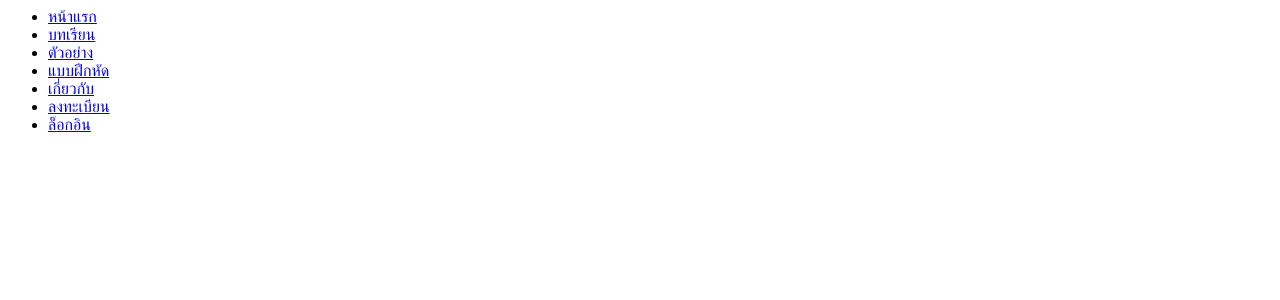
Repository: staggil/thesis
Page: components/header.html
The author's editor kept a copy of each file at every save. The page is drawn from the files as they stood at one save, then again after the next save.
The browser window is 1280 px wide. The pictures show the whole page.

Above is the page before, as saved 2025-12-08 07:48:13.

### components/header.html
<header>
    <nav class="navbar">
        <ul>
            <li><a href="/index.html">หน้าแรก</a></li>
            <li><a href="/lessons/intro.html">บทเรียน</a></li>
            <li><a href="/examples/draw-rect.html">ตัวอย่าง</a></li>
            <li><a href="/exercises/exercise1.html">แบบฝึกหัด</a></li>
            <li><a href="/about/about.html">เกี่ยวกับ</a></li>
            <li><a href="/register.html">ลงทะเบียน</a></li>
            <li><a href="/login.html">ล็อกอิน</a></li>
        </ul>
    </nav>
</header>

After the next save:
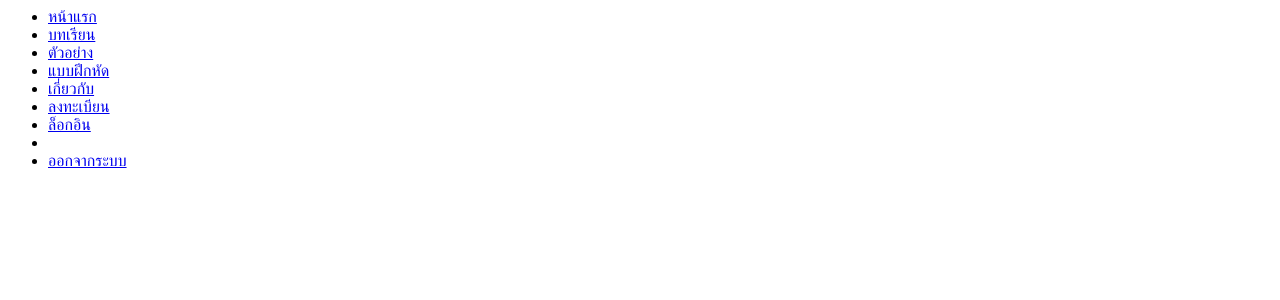
Saved 5 min 59 s later.
--- a/components/header.html
+++ b/components/header.html
@@ -1,13 +1,14 @@
-<header>
-    <nav class="navbar">
-        <ul>
-            <li><a href="/index.html">หน้าแรก</a></li>
-            <li><a href="/lessons/intro.html">บทเรียน</a></li>
-            <li><a href="/examples/draw-rect.html">ตัวอย่าง</a></li>
-            <li><a href="/exercises/exercise1.html">แบบฝึกหัด</a></li>
-            <li><a href="/about/about.html">เกี่ยวกับ</a></li>
-            <li><a href="/register.html">ลงทะเบียน</a></li>
-            <li><a href="/login.html">ล็อกอิน</a></li>
-        </ul>
-    </nav>
-</header>
+<ul id="nav-items">
+  <li><a href="/index.html">หน้าแรก</a></li>
+  <li><a href="/lessons/intro.html">บทเรียน</a></li>
+  <li><a href="/examples/draw-rect.html">ตัวอย่าง</a></li>
+  <li><a href="/exercises/exercise1.html">แบบฝึกหัด</a></li>
+  <li><a href="/about/about.html">เกี่ยวกับ</a></li>
+  <!-- ส่วนนี้ปรับตาม login -->
+  <!-- ถ้าไม่ได้ login -->
+  <li class="login-only"><a href="/register.html">ลงทะเบียน</a></li>
+  <li class="login-only"><a href="/login.html">ล็อกอิน</a></li>
+  <!-- ถ้า login แล้ว -->
+  <li class="user-only"><span id="username-display"></span></li>
+  <li class="user-only"><a href="#" id="logout-link">ออกจากระบบ</a></li>
+</ul>

After the save that followed:
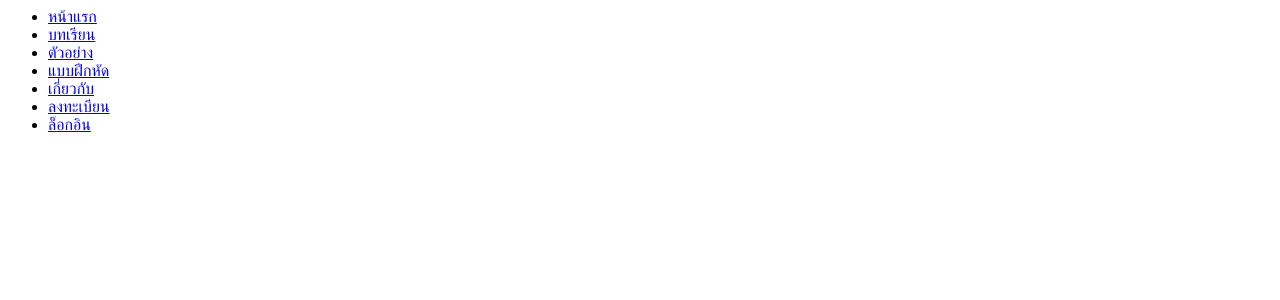
Saved 22 s later.
--- a/components/header.html
+++ b/components/header.html
@@ -1,14 +1,13 @@
-<ul id="nav-items">
-  <li><a href="/index.html">หน้าแรก</a></li>
-  <li><a href="/lessons/intro.html">บทเรียน</a></li>
-  <li><a href="/examples/draw-rect.html">ตัวอย่าง</a></li>
-  <li><a href="/exercises/exercise1.html">แบบฝึกหัด</a></li>
-  <li><a href="/about/about.html">เกี่ยวกับ</a></li>
-  <!-- ส่วนนี้ปรับตาม login -->
-  <!-- ถ้าไม่ได้ login -->
-  <li class="login-only"><a href="/register.html">ลงทะเบียน</a></li>
-  <li class="login-only"><a href="/login.html">ล็อกอิน</a></li>
-  <!-- ถ้า login แล้ว -->
-  <li class="user-only"><span id="username-display"></span></li>
-  <li class="user-only"><a href="#" id="logout-link">ออกจากระบบ</a></li>
-</ul>
+<header>
+    <nav class="navbar">
+        <ul>
+            <li><a href="/index.html">หน้าแรก</a></li>
+            <li><a href="/lessons/intro.html">บทเรียน</a></li>
+            <li><a href="/examples/draw-rect.html">ตัวอย่าง</a></li>
+            <li><a href="/exercises/exercise1.html">แบบฝึกหัด</a></li>
+            <li><a href="/about/about.html">เกี่ยวกับ</a></li>
+            <li><a href="/register.html">ลงทะเบียน</a></li>
+            <li><a href="/login.html">ล็อกอิน</a></li>
+        </ul>
+    </nav>
+</header>
